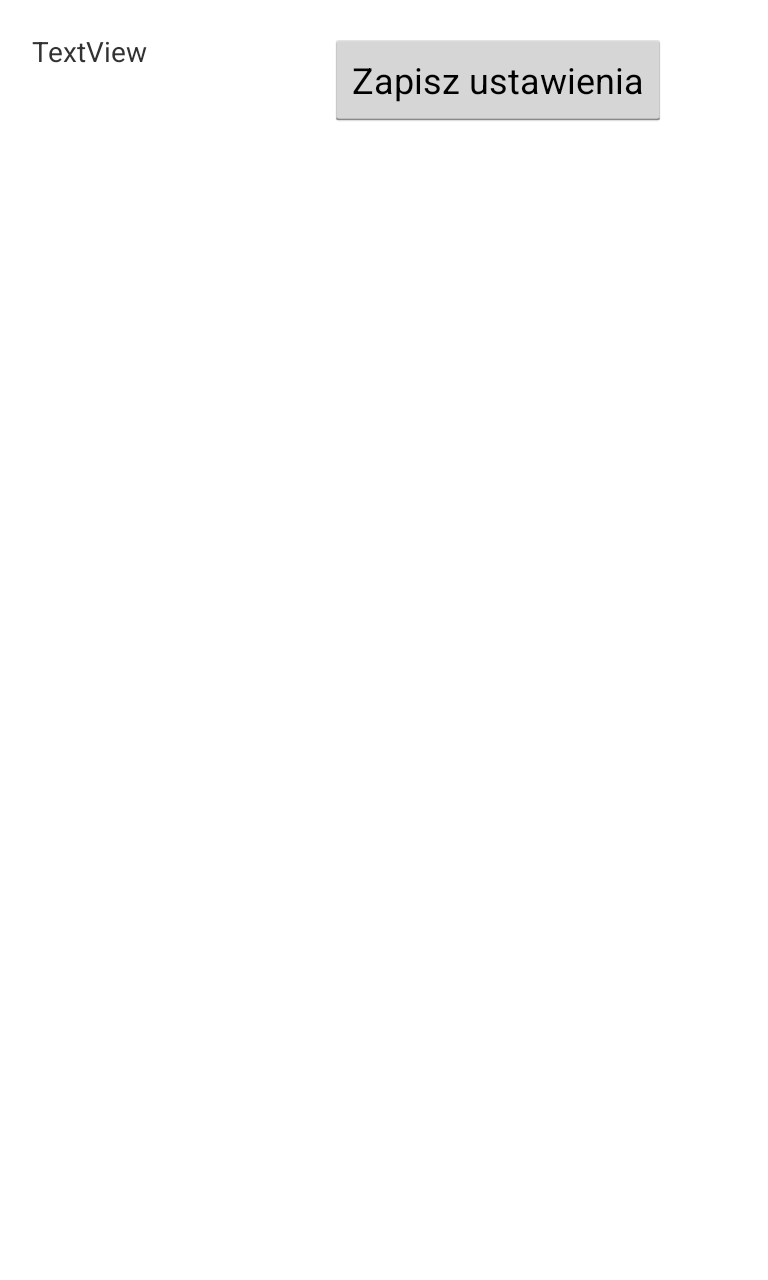
Repository: milosz90/pracaMagisterska
Layout: magisterka/res/layout/activity_inventory.xml
These files come from the project's save history. The layout is drawn as it stood at one moment and after the next save; the edit follows.
It is drawn on a 768 x 1280 px phone screen (xhdpi) without system bars, with theme AppTheme; the app's code is not run.

Above is the layout before, as saved 2015-05-08 15:42:43.

After the next save:
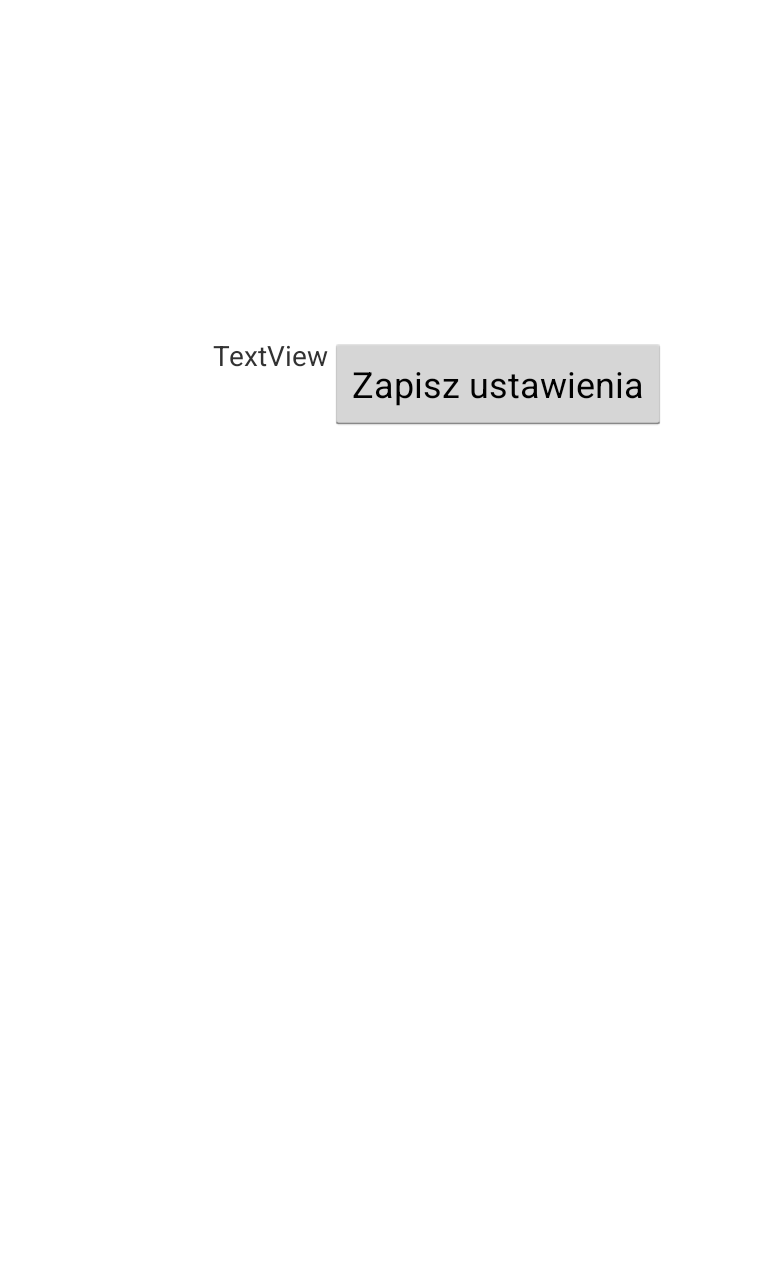
Saved 37 min 47 s later.
--- a/magisterka/res/layout/activity_inventory.xml
+++ b/magisterka/res/layout/activity_inventory.xml
@@ -9,14 +9,6 @@
     android:paddingTop="@dimen/activity_vertical_margin"
     tools:context="com.example.magisterka.Inventory" >
 
-    <TextView
-        android:id="@+id/txtItemDescription"
-        android:layout_width="wrap_content"
-        android:layout_height="wrap_content"
-        android:layout_marginRight="93dp"
-        android:layout_marginTop="0dp"
-        android:text="TextView" />
-
     <Button
         android:id="@+id/button1"
         android:layout_width="wrap_content"
@@ -27,4 +19,13 @@
         android:onClick="btnSave"
         android:text="Zapisz ustawienia" />
 
+    <TextView
+        android:id="@+id/txtItemDescription"
+        android:layout_width="wrap_content"
+        android:layout_height="wrap_content"
+        android:layout_alignParentTop="true"
+        android:layout_marginTop="152dp"
+        android:layout_toLeftOf="@+id/button1"
+        android:text="TextView" />
+
 </RelativeLayout>
